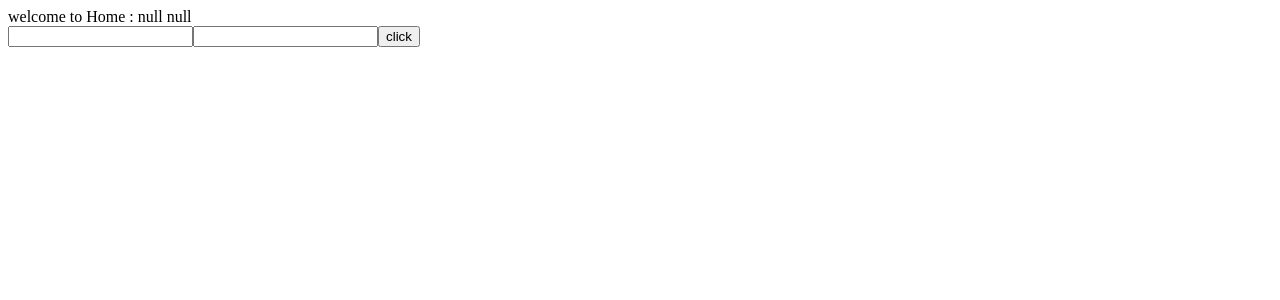
Repository: Asterisc-Institute/Advance-Java-Batch5
Page: http://localhost/Session-Day03/home
An editor plug-in stored every save of this project. The page is shown before and after a run of saves, followed by the edit.
The browser window is 1280 px wide. The pictures show the whole page.
The page is served by Tomcat 9.

Above is the page before, as saved 2023-05-08 12:07:02.

After the next 2 saves:
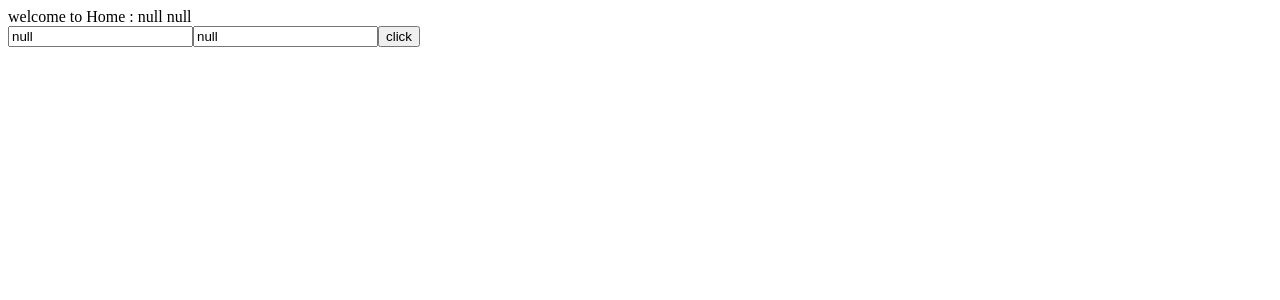
The 2 saves are shown as one change because 1 did not build or start.
The last was saved 27 s later.
--- a/Session-Day03/src/MyServ1.java
+++ b/Session-Day03/src/MyServ1.java
@@ -27,8 +27,8 @@ public class MyServ1 extends HttpServlet {
 		out.print("welcome to Home : "+name+" "+pass);
 
 		out.print("<form action='profile'>");
-		out.print("<input type='text' name='uname' value=''>");
-		out.print("<input type='text' name='upass' value=''>");
+		out.print("<input type='text' name='uname' value='"+name+"'>");
+		out.print("<input type='text' name='upass' value='"+pass+"'>");
 		out.print("<input type='submit' value='click'>");
 		out.print("</form>");
 
